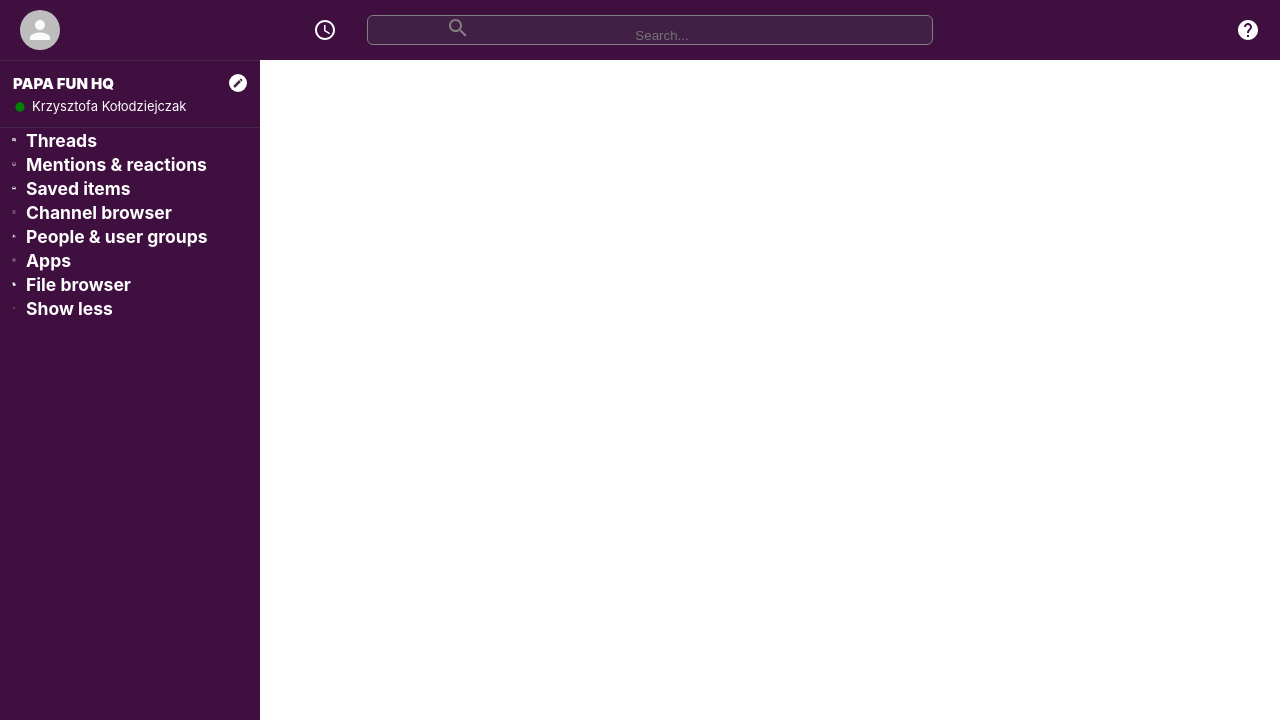
Repository: KrzysKolo/slackClone
Page: /
An editor plug-in stored every save of this project. The page is shown before and after the next save, followed by the edit.
The browser window is 1280 px wide. The pictures show the whole page.
The project was rebuilt for these pictures with package versions that can differ from the ones it lists, and the page was loaded fresh each time. Also part of the build but not shown: src/App.css, src/pages/About/About.js.

Above is the page before, as saved 2021-12-27 16:12:34.

After the next save:
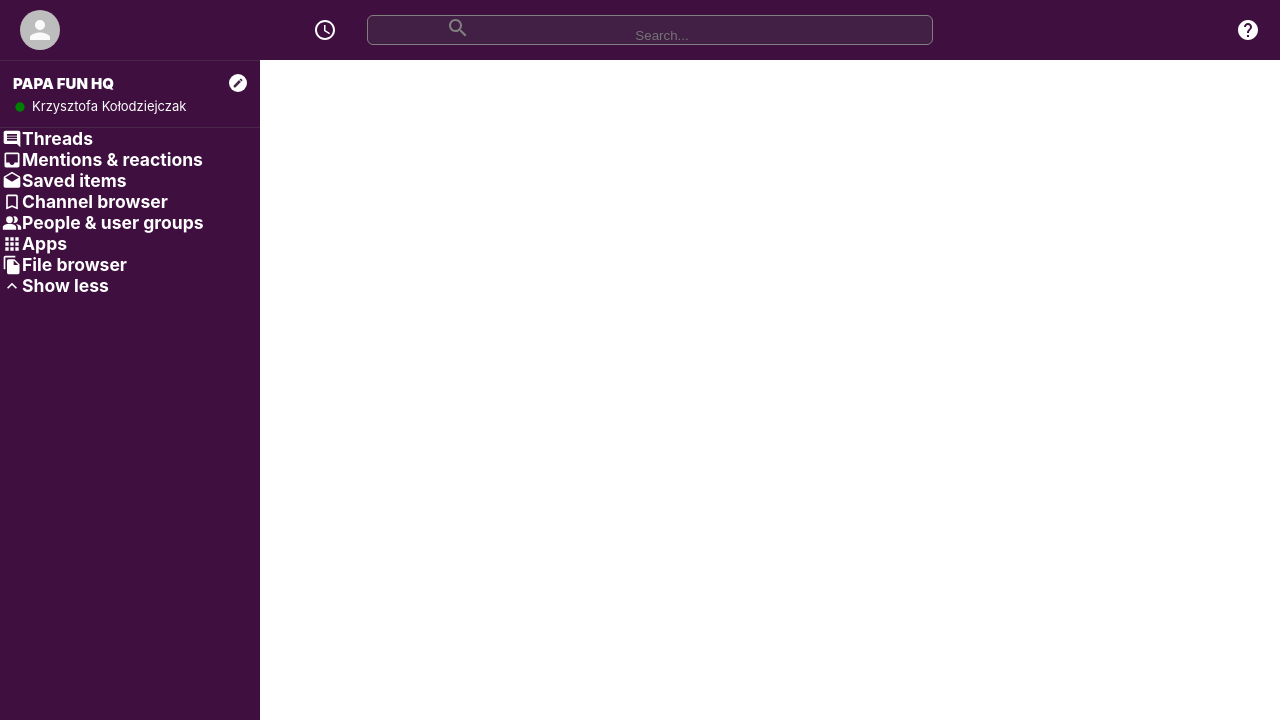
Saved 19 s later.
--- a/src/components/SidebarOption/SidebarOption.js
+++ b/src/components/SidebarOption/SidebarOption.js
@@ -4,7 +4,7 @@ import {SidebarOptionContainer, SidebarOptionChanel} from './style';
 const SidebarOption = ({ Icon, title }) => {
   return (
     <SidebarOptionContainer>
-      { Icon && <Icon style={{ padding: 10 }}/> }
+      { Icon && <Icon style={{ fontSize: 20}}/> }
       {Icon ?
       (
         <h3>{title}</h3>
